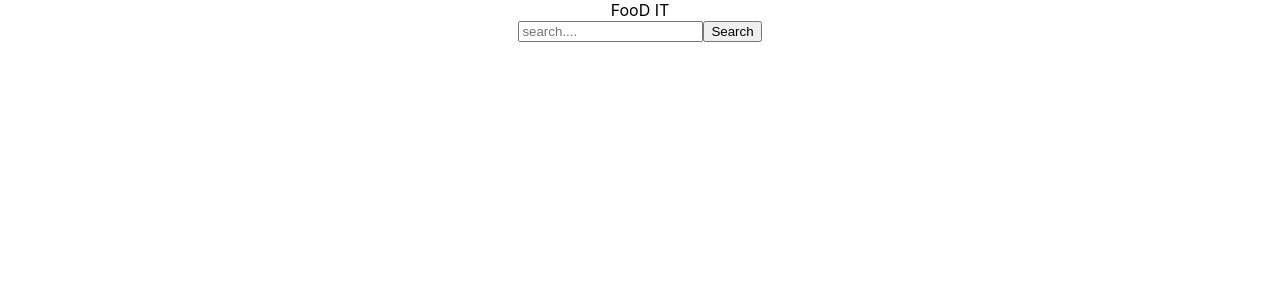
Repository: sandipkarmokar/recipeApp
Page: /
An editor plug-in stored every save of this project. The page is shown before and after the next save, followed by the edit.
The browser window is 1280 px wide. The pictures show the whole page.
The project was rebuilt for these pictures with package versions that can differ from the ones it lists, and the page was loaded fresh each time.

Above is the page before, as saved 2022-04-15 16:40:10.

### src/App.js
import { useEffect, useStata, useState } from 'react';
import ListView from './components/listView';
import SearchBar from './components/searchBar';
import './App.css';

function App() {
    const [query, setQuery] = useState('');
    const [isLoading, setIsLoading] = useState(true);
    const [recipeIngredients, setRecipeIngredients] = useState([]);
    const [recipeList, setRecipeList] = useState([]);
    const [recipeId, setRecipeId] = useState();
    const [recipe, setRecipe] = useState([]);

    const url = `https://forkify-api.herokuapp.com/api/search?q=${query}`;
    const urlRecipe = `https://forkify-api.herokuapp.com/api/get?rId=${recipeId}`;

    const fetchData = async (e) => {
        e.preventDefault();
        try {
            const response = await fetch(url);
            const data = await response.json();
            setRecipeList(data.recipes);
            setIsLoading(false);
            setQuery('');
        } catch (error) {
            console.log(error);
        }
    };

    const fetchRecipe = async () => {
        try {
            const response = await fetch(urlRecipe);
            const data = await response.json();
            setRecipe(data);
            console.log(recipe, recipeId);
        } catch (error) {
            console.log(error);
        }
    };
    return (
        <div className="App">
            <div className="app-container">
                <SearchBar
                    query={query}
                    setQuery={setQuery}
                    fetchData={fetchData}
                ></SearchBar>
                <ListView
                    recipeList={recipeList}
                    setRecipeId={setRecipeId}
                    fetchRecipe={fetchRecipe}
                ></ListView>
            </div>
        </div>
    );
}

export default App;

### src/components/listView.js
import React from 'react';

const ListView = ({ recipeList, setRecipeId, fetchRecipe }) => {
    console.log(recipeList);
    const handleRecipe = (id) => {
        let numberId = parseInt(id);
        console.log(typeof numberId);
        setRecipeId(id);
        fetchRecipe();
    };

    return (
        <div className="recipeList">
            <div className="recipeList-container">
                {recipeList.map((el) => {
                    console.log(typeof el.recipe_id);
                    return (
                        <>
                            <p>{el.title}</p>
                            <img src={el.image_url} alt="" />
                            <p>{el.recipe_id}</p>
                            <p
                                onClick={() => {
                                    handleRecipe(el.recipe_id);
                                }}
                            >
                                Know More
                            </p>
                        </>
                    );
                })}
            </div>
        </div>
    );
};

export default ListView;

### src/components/searchBar.js
import React from 'react';

const SearchBar = ({ query, setQuery, fetchData }) => {
    return (
        <div className="searchBar">
            <div className="searchBar-container">
                <div className="logo">FooD IT</div>
                <form onSubmit={fetchData} className="search">
                    <input
                        type="text"
                        placeholder="search...."
                        value={query}
                        onChange={(e) => setQuery(e.target.value)}
                    />
                    <button type="submit">Search</button>
                </form>
            </div>
        </div>
    );
};

export default SearchBar;

Loaded but not shown: public/index.html (common file); src/index.js (common file); src/index.css (common file); src/reportWebVitals.js (common file); src/App.css (common file)

After the next save:
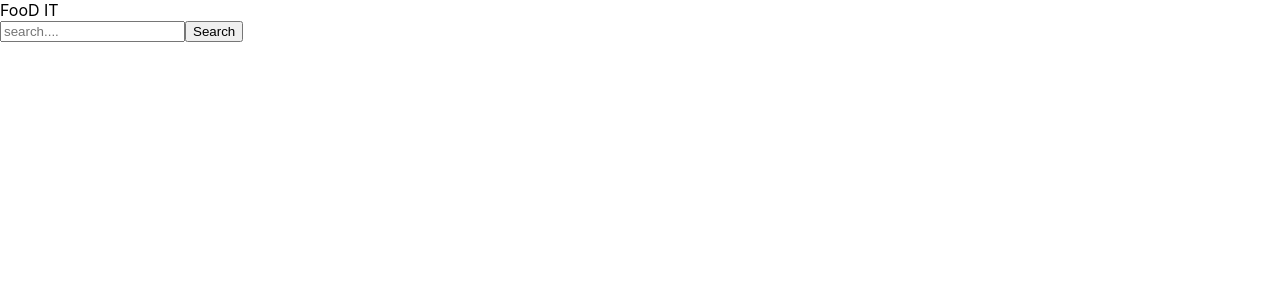
Saved 2 s later.
--- a/src/App.js
+++ b/src/App.js
@@ -38,7 +38,7 @@ function App() {
         }
     };
     return (
-        <div className="App">
+        <div className="app">
             <div className="app-container">
                 <SearchBar
                     query={query}
